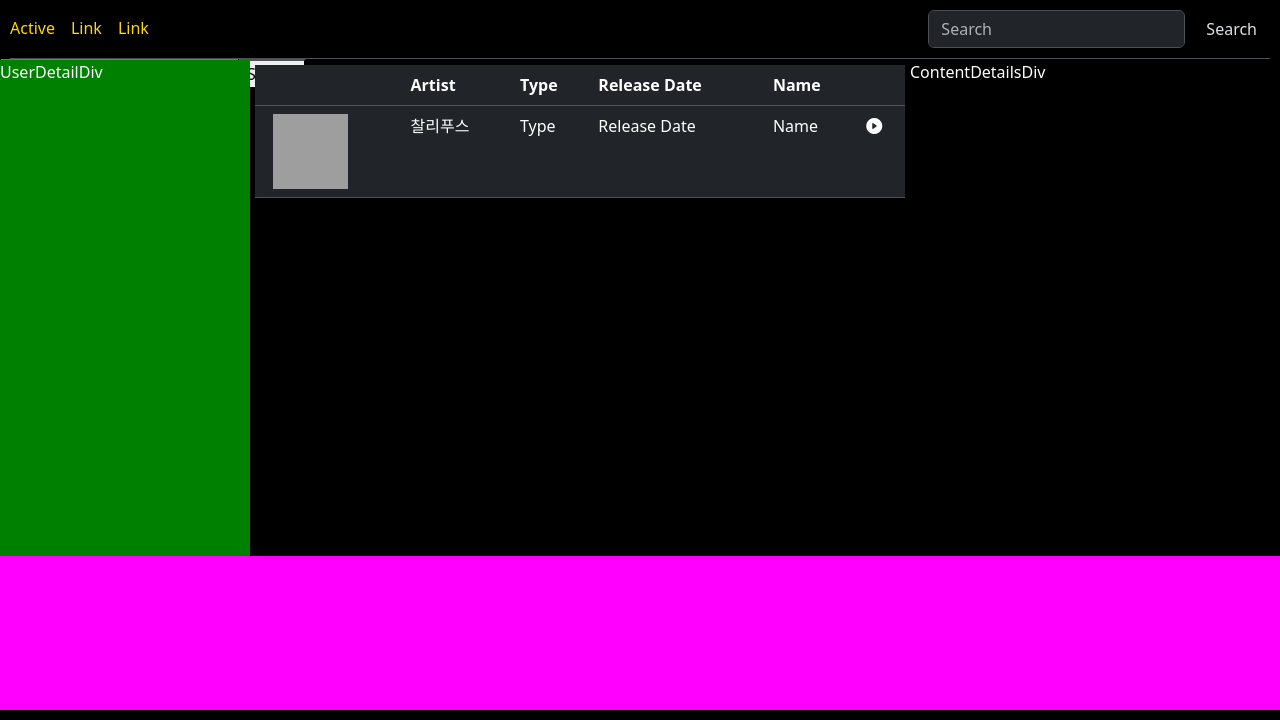
Repository: budflower44/My_Music_Life
Page: http://localhost/my_music_life/WEB-INF/views/mml/main.jsp
The author's editor kept a copy of each file at every save. The page is drawn from the files as they stood at one save, then again after the next save.
The browser window is 1280 px wide. The pictures show the whole page.
Pictures or frames that could not be fetched are drawn as grey boxes. The page is served by Tomcat 9. Nobody is signed in. The template is opened directly, without the code that normally fills it, so the values that code supplies are empty.

Above is the page before, as saved 2024-02-16 05:38:51.

After the next save:
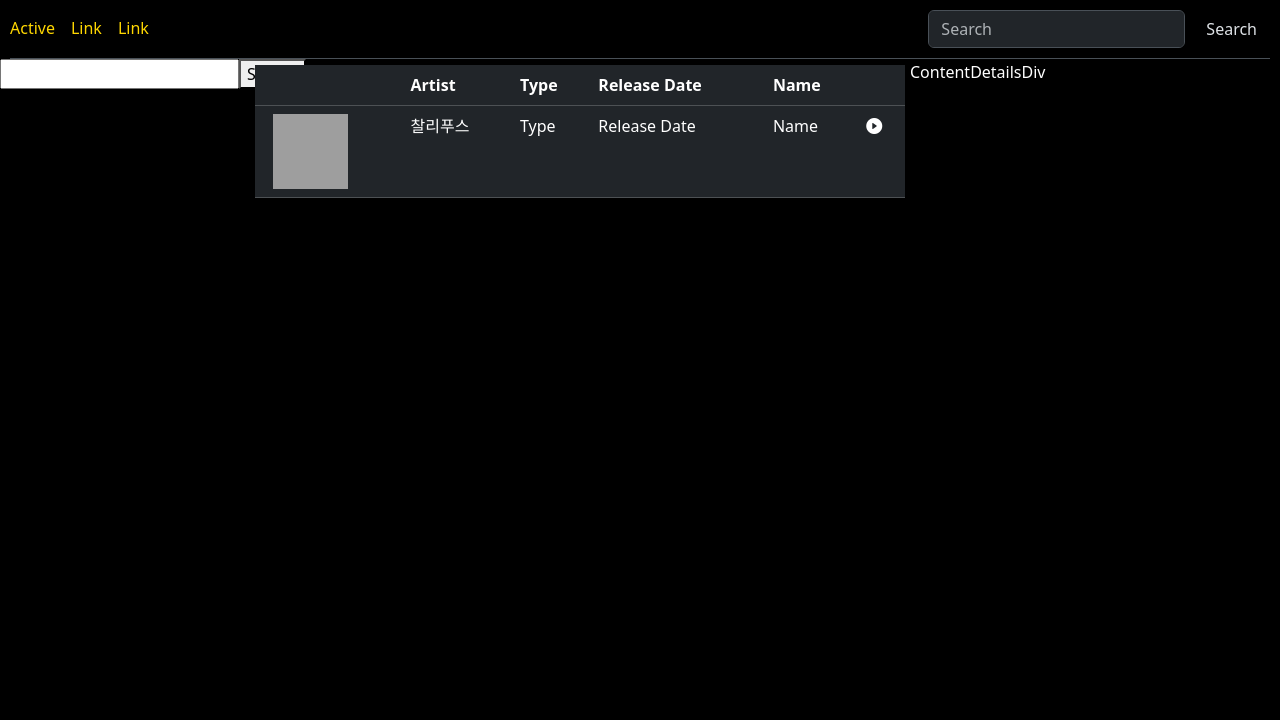
Saved 35 s later.
--- a/my_music_life/src/main/webapp/WEB-INF/views/mml/main.jsp
+++ b/my_music_life/src/main/webapp/WEB-INF/views/mml/main.jsp
@@ -32,7 +32,6 @@ body{
 	display:flex;
 }
 .FooterDiv{
-	background-color: fuchsia;
 	height: 154px;
 	padding: 0;
 	margin: 0;
@@ -43,7 +42,6 @@ body{
 
 }
 .UserDetailDiv{
-	background-color: green;
 	width: 250px;
 	min-width: 250px;
 }
